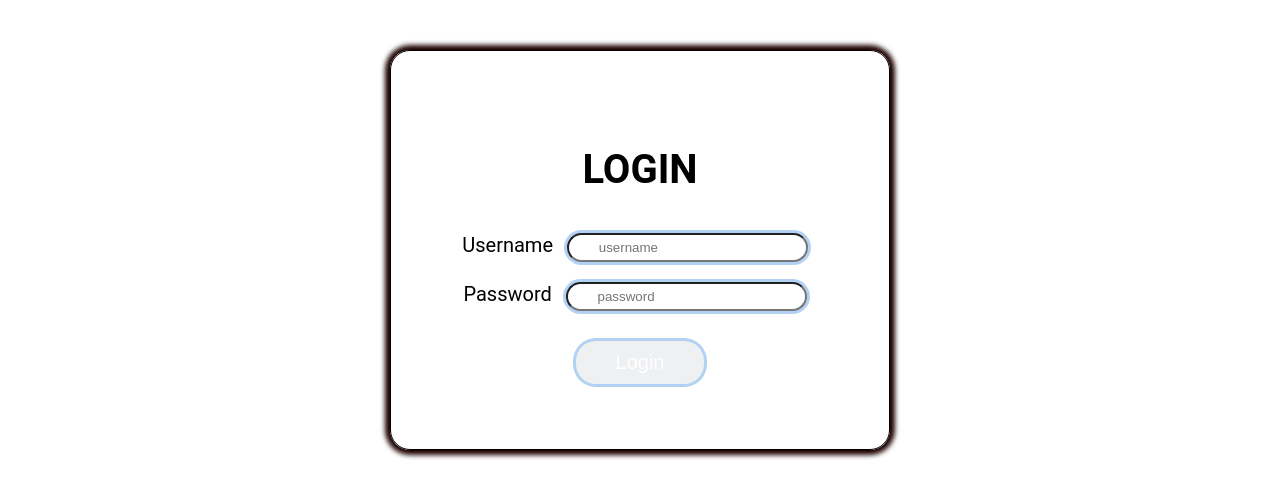
Repository: huyna1707/learning-git
Page: index.html
The author's editor kept a copy of each file at every save. The page is drawn from the files as they stood at one save, then again after a run of saves.
The browser window is 1280 px wide. The pictures show the whole page.
The pointer rests on the first visible `form button`.

Above is the page before, as saved 2024-08-09 23:34:06.

### index.html
<!DOCTYPE html>
<html>
<head>
    <title>Form Login</title>
    <link rel="stylesheet" href="style.css">
    <script defer src="main.js"></script>
</head>
<body>
    <form action="menu">
        <h4>LOGIN</h4>
        <div class="user">
            <label for="username">Username</label>
            <input type="text" placeholder="username" id="username">
        </div>
        <div class="pass">
            <label for="passworld">Password</label>
            <input type="password" placeholder="password" id="password">
        </div>
        <button type="button" onclick="login()">Login</button>
    </form>
</body>
</html>

### style.css
*{
    margin: 0;
    padding: 0;
    box-sizing: border-box;
}

html{
    font-size: 15px;
    font-family: 'Roboto', sans-serif;
    display: flex;
    justify-content: center;
    align-items: center;
}

form{
    width: 500px;
    height: 400px;
    display: flex;
    flex-direction: column;
    justify-content: center;
    align-items: center;
    margin: 50px 0;
    border: 1px solid black;
    border-radius: 20px;
    box-shadow: rgb(30, 0, 0) 0 0 5px 5px;
}

form h4{
    font-size: 40px;
    font-weight: 600;
    margin: 30px;;
}
form label{
    font-size : 20px;
}
form input{
    border-radius: 20px;
    padding: 5px 30px;
    box-shadow: rgba(3, 102, 214, 0.3) 0px 0px 0px 3px;
    margin : 10px;
}

form button{
    border: none;
    border-radius: 20px;
    font-size: 20px;
    padding: 10px 30px;
    background-color: #007bff;
    color: white;
    box-shadow: rgba(3, 102, 214, 0.3) 0px 0px 0px 3px;
    margin-top : 20px;
}

form button:hover{
    background-color: #eef0f2;

    padding: 10px 40px;
    transition: 0.3s ease;
}

### main.js
// window.prompt('What is your name?');

After the next 5 saves:
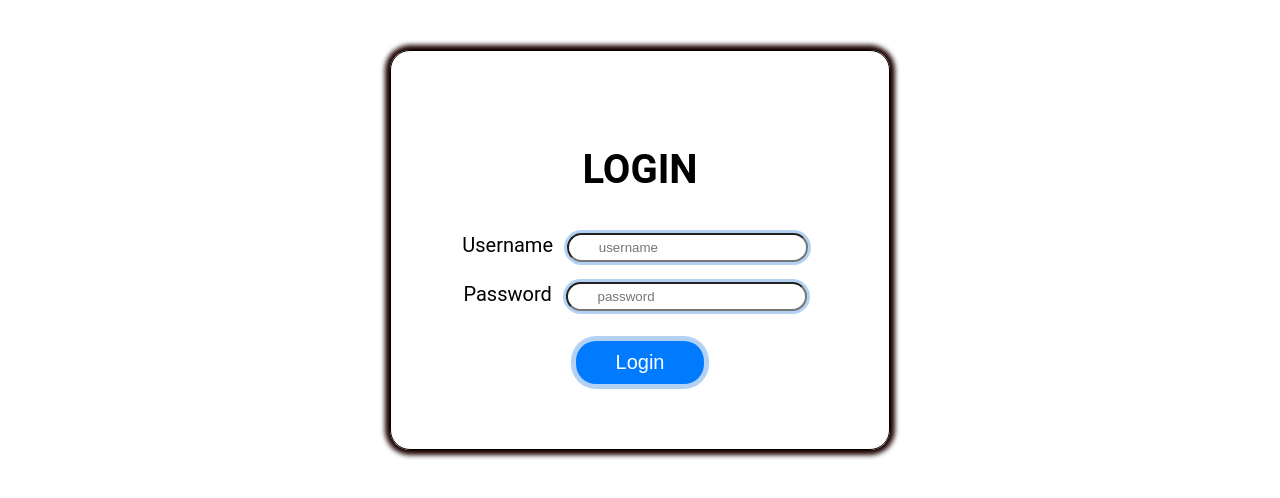
The 5 saves are shown as one change because they came seconds apart.
The last was saved 15 s later.
--- a/style.css
+++ b/style.css
@@ -52,8 +52,7 @@ form button{
 }
 
 form button:hover{
-    background-color: #eef0f2;
-
+    box-shadow: rgba(3, 102, 214, 0.3) 0px 0px 0px 5px;
     padding: 10px 40px;
     transition: 0.3s ease;
 }
